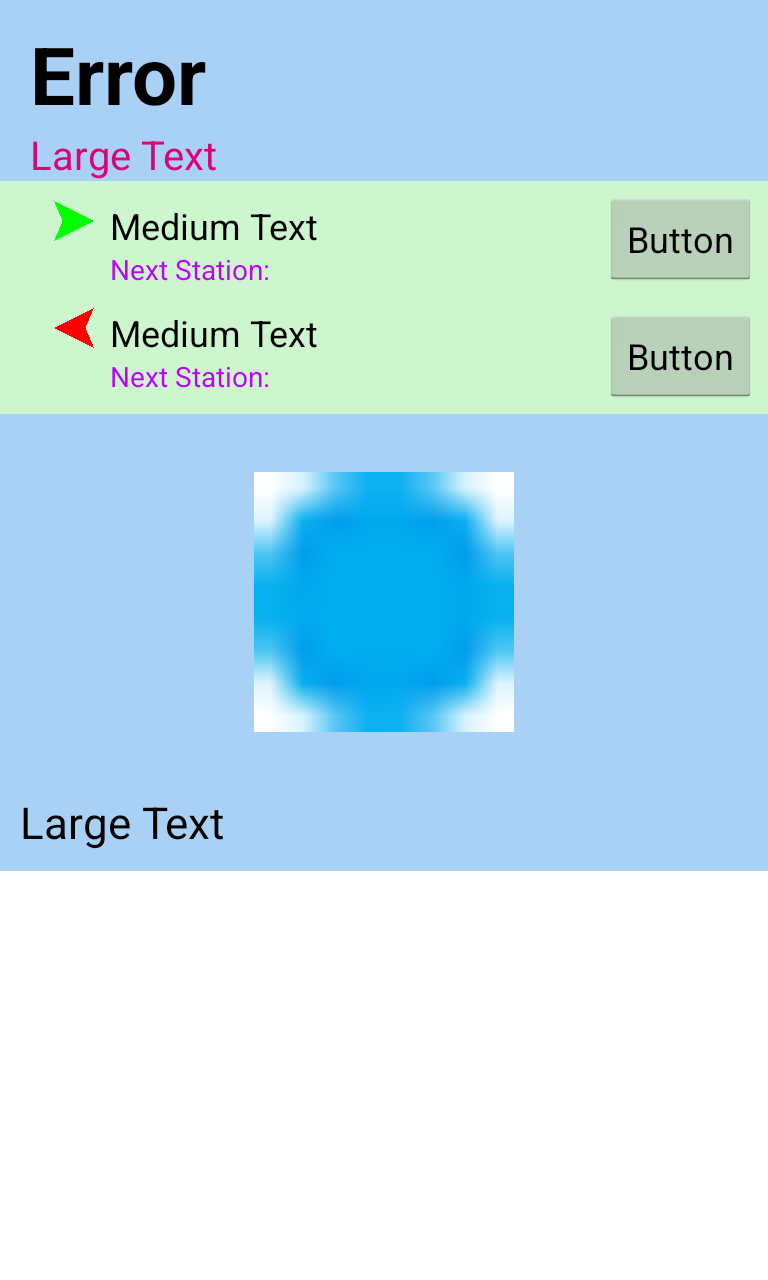
Repository: patheon17/myrepo2
Layout: workspace/UMBusTracking/res/layout/single_list_item_view.xml
The author's editor kept a copy of each file at every save. The layout is drawn from the files as they stood at one save, then again after the next save.
It is drawn on a 768 x 1280 px phone screen (xhdpi) without system bars, with theme AppTheme; the app's code is not run.

Above is the layout before, as saved 2013-10-03 18:56:41.

### workspace/UMBusTracking/res/layout/single_list_item_view.xml
<?xml version="1.0" encoding="utf-8"?>
<ScrollView xmlns:android="http://schemas.android.com/apk/res/android"
    android:layout_width="fill_parent" android:layout_height="fill_parent">

<RelativeLayout
    android:layout_width="match_parent"
    android:layout_height="match_parent"
    android:background="@color/background_lime"
    android:orientation="vertical" >


     <RelativeLayout
        android:id="@+id/div2"
        android:layout_width="match_parent"
        android:layout_height="wrap_content">

    <TextView
        android:id="@+id/viewstoptitle"
        android:layout_width="fill_parent"
        android:layout_height="wrap_content"
        android:paddingLeft="15sp"
         android:layout_marginTop="10sp"
        android:text="@string/viewstoptitle"
        android:textColor="#000000"
        android:textSize="40sp"
        android:textStyle="bold" />

    <TextView
        android:id="@+id/routename"
        android:layout_width="match_parent"
        android:layout_height="wrap_content"
        android:layout_below="@+id/viewstoptitle"
        android:paddingLeft="15sp"
        android:textSize="20sp"
        android:text="Large Text"
        android:textColor="#DF0174"
        android:textAppearance="?android:attr/textAppearanceLarge" />
</RelativeLayout>


    <RelativeLayout
        android:id="@+id/div1"
        android:layout_width="match_parent"
        android:layout_height="wrap_content"
        android:layout_below="@+id/div2"
        android:background="#CEF6CE"
        android:padding="5sp"
        >

    <TextView
        android:id="@+id/routeto11"
        android:layout_marginTop="10sp"
        android:layout_width="wrap_content"
        android:layout_height="wrap_content"
        android:layout_alignLeft="@+id/nextstation"
         android:layout_below="@+id/nextstation"
         android:layout_marginTop="10sp"
        android:text="Medium Text"
        android:textAppearance="?android:attr/textAppearanceMedium" />


    <TextView
        android:id="@+id/routefrom"
        android:layout_width="wrap_content"
        android:layout_height="wrap_content"
        android:layout_alignParentLeft="true"
        android:layout_below="@+id/routename"
        android:layout_marginLeft="50dp"
        android:text="Medium Text"
         android:layout_marginTop="5sp"
        android:textAppearance="?android:attr/textAppearanceMedium" />

    <ImageView
        android:id="@+id/greenarrow"
        android:layout_width="20sp"
        android:layout_height="20sp"
        android:layout_alignParentLeft="true"
        android:layout_alignTop="@+id/routefrom"
        android:layout_marginLeft="22dp"

        android:src="@drawable/arrowgreen" />

    <TextView
        android:id="@+id/nextstation"
        android:layout_width="wrap_content"
        android:layout_height="wrap_content"
        android:layout_alignLeft="@+id/routefrom"
        android:layout_below="@+id/routefrom"
        android:text="Next Station: "
        android:textColor="#BF00FF"
        android:textAppearance="?android:attr/textAppearanceSmall" />

    <ImageView
        android:id="@+id/redarrow"
        android:layout_width="20sp"
        android:layout_height="20sp"
        android:layout_alignLeft="@+id/greenarrow"
         android:layout_alignTop="@+id/routeto11"
        android:src="@drawable/redarrow" />



    <TextView
        android:id="@+id/nextstation1"
        android:layout_width="wrap_content"
        android:layout_height="wrap_content"
        android:layout_alignLeft="@+id/routeto11"
        android:layout_below="@+id/routeto11"
        android:text="Next Station: "
         android:textColor="#BF00FF"
        android:textAppearance="?android:attr/textAppearanceSmall" />


    <Button
        android:id="@+id/button1"
        android:layout_width="wrap_content"
        android:layout_height="wrap_content"
        android:layout_alignParentRight="true"
        android:text="Button" />

    <Button
        android:id="@+id/button2"
        android:layout_width="wrap_content"
        android:layout_height="wrap_content"
        android:layout_alignLeft="@+id/button1"
        android:layout_below="@+id/nextstation"
       android:layout_alignTop="@+id/routeto11"
        android:text="Button" />


    </RelativeLayout>

     <ImageView
        android:id="@+id/imageView1"
        android:layout_width="match_parent"
        android:layout_height="150dp"
        android:layout_alignParentLeft="true"
        android:layout_below="@+id/div1"
        android:layout_marginTop="19dp"
        android:padding="10sp"
        android:src="@drawable/stops" />

     <TextView
        android:id="@+id/description"
        android:layout_width="match_parent"
        android:layout_height="wrap_content"
        android:layout_below="@+id/imageView1"
        android:text="Large Text"
        android:layout_marginTop="10sp"
        android:padding="10sp"
        android:textAppearance="?android:attr/textAppearanceLarge" />

</RelativeLayout>
</ScrollView>

### workspace/UMBusTracking/res/values/styles.xml
<resources>

    <!--
        Base application theme, dependent on API level. This theme is replaced
        by AppBaseTheme from res/values-vXX/styles.xml on newer devices.
    -->
    <style name="AppBaseTheme" parent="android:Theme.Light">
        <!--
            Theme customizations available in newer API levels can go in
            res/values-vXX/styles.xml, while customizations related to
            backward-compatibility can go here.
        -->
    </style>

    <!-- Application theme. -->
    <style name="AppTheme" parent="AppBaseTheme">
        <!-- All customizations that are NOT specific to a particular API-level can go here. -->
    </style>


</resources>

### workspace/UMBusTracking/res/values/strings.xml
<?xml version="1.0" encoding="utf-8"?>
<resources>

    <string name="app_name">UMBusTracking</string>
    <string name="action_settings">Settings</string>
    <string name="hello_world">Hello world!</string>
    <string name="button">Connect</string>
    <string name="title_activity_info">InfoActivity</string>
    <string name="title_activity_test2">Test2</string>
    <string name="title_activity_view_stops_details">View Bus Stops Details/Information</string>
    <string name="viewstoptitle">Error</string>
    <string name="title_activity_nearest_stop">NearestStop</string>
    <string name="displaystop">error</string>

    <color name="background_lime">#A9D0F5</color>

    <string name="routename">On Route</string>
    <string name="stopname">Bus Stop</string>
    <string name="title_activity_display_busses">DisplayBusses</string>

</resources>

Loaded but not shown: workspace/UMBusTracking/res/values-v11/styles.xml (common file); workspace/UMBusTracking/res/values-v14/styles.xml (common file)

After the next save:
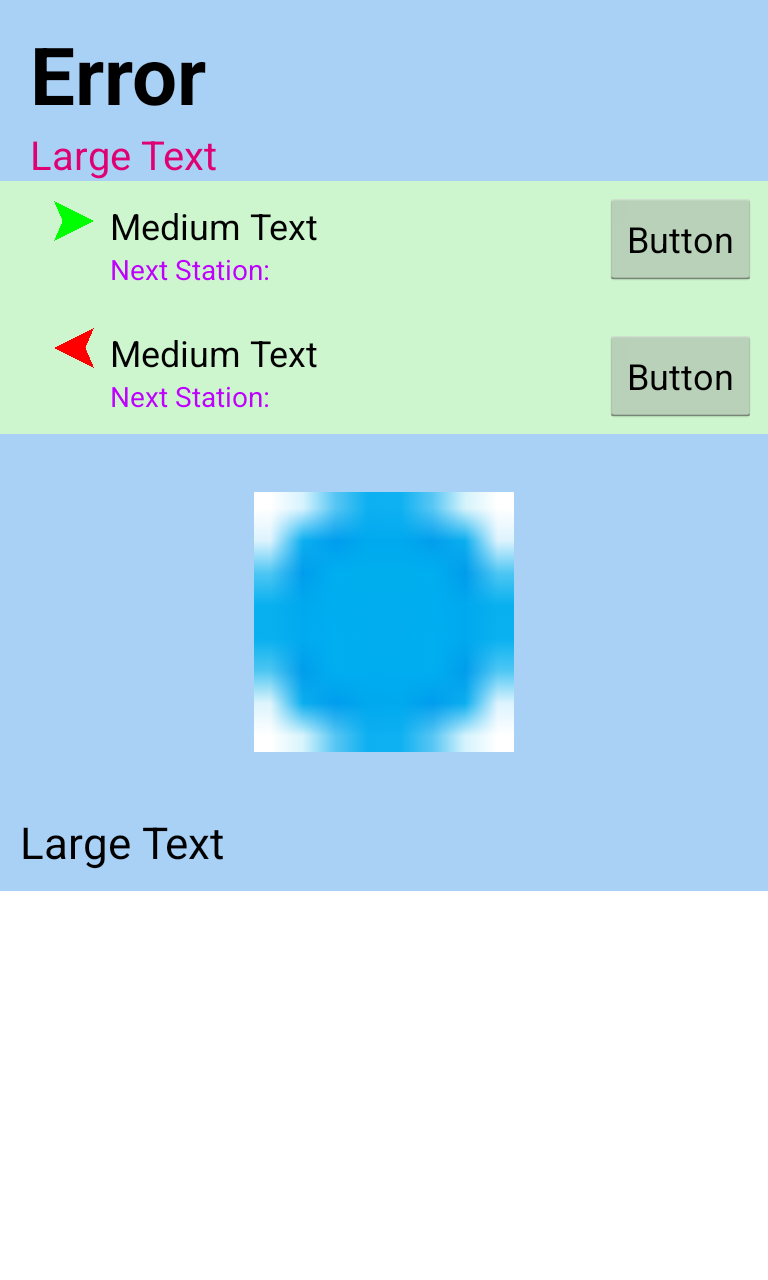
Saved 15 s later.
--- a/workspace/UMBusTracking/res/layout/single_list_item_view.xml
+++ b/workspace/UMBusTracking/res/layout/single_list_item_view.xml
@@ -49,12 +49,11 @@
 
     <TextView
         android:id="@+id/routeto11"
-        android:layout_marginTop="10sp"
         android:layout_width="wrap_content"
         android:layout_height="wrap_content"
         android:layout_alignLeft="@+id/nextstation"
          android:layout_below="@+id/nextstation"
-         android:layout_marginTop="10sp"
+         android:layout_marginTop="20sp"
         android:text="Medium Text"
         android:textAppearance="?android:attr/textAppearanceMedium" />
 
